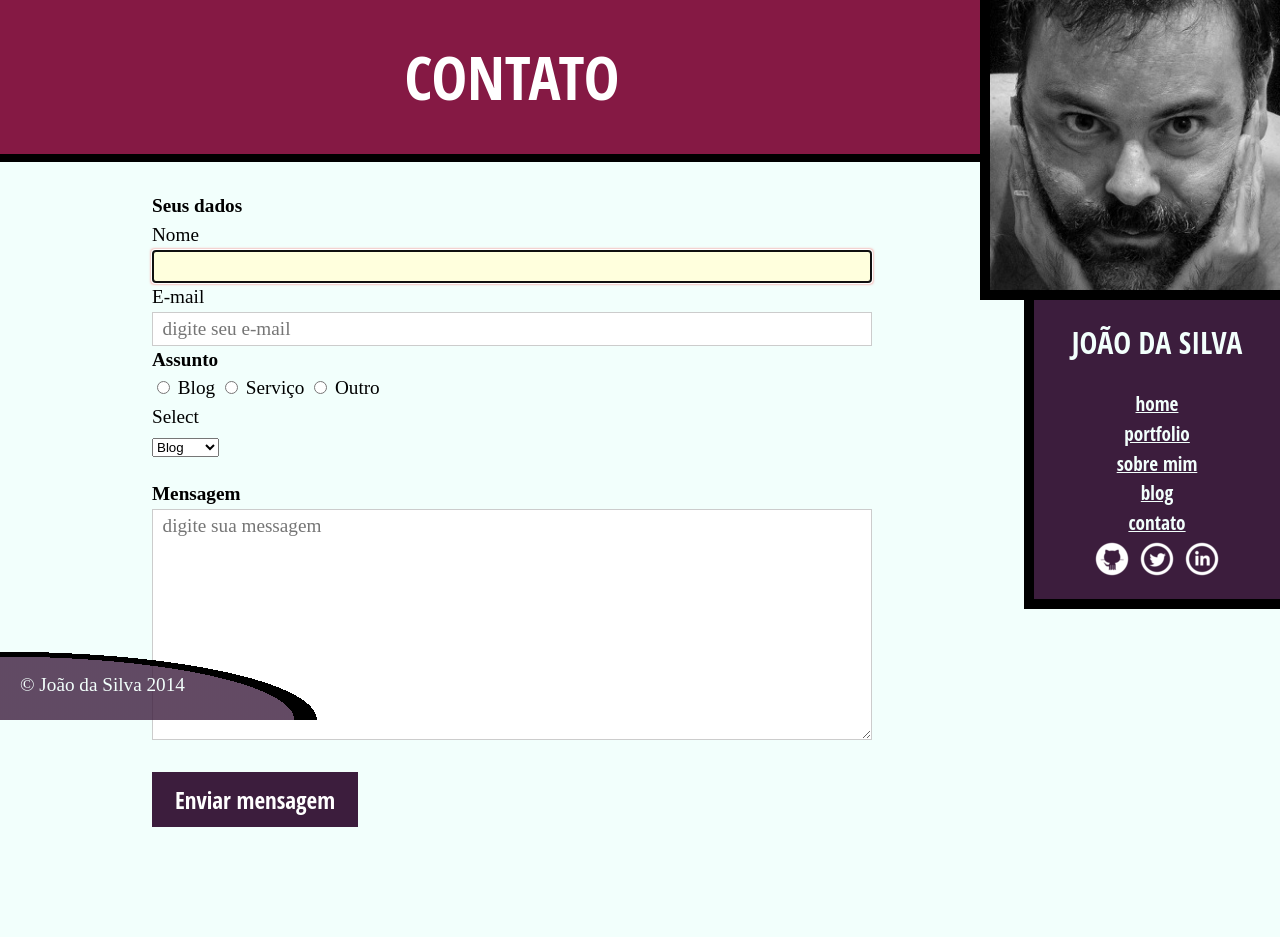
Repository: MichelMiola/html5Css3Avancado
Page: projeto/contato.html
The author's editor kept a copy of each file at every save. The page is drawn from the files as they stood at one save, then again after the next save.
The browser window is 1280 px wide. The pictures show the whole page.
Some web fonts or font styles are not loaded; a fallback is used.

Above is the page before, as saved 2015-03-25 15:06:17.

### projeto/contato.html
<!DOCTYPE html>
<html>
<head>
<meta charset="utf-8">
<title>João da Silva - Contato</title>
<link rel="icon" href="imagens/favicon.png">
<link rel="stylesheet" href="css/reset.css">
<link rel="stylesheet" href="css/site.css">
<link rel="stylesheet" href="css/contato.css">
<link rel="stylesheet"href="http://fonts.googleapis.com/css?family=Crimson+Text:400,400italic,600">
<link rel="stylesheet" href="http://fonts.googleapis.com/css?family=Open+Sans+Condensed:700">
</head>
<body>
	<main>
	<h1 class="titulo-principal">Contato</h1>
	<div class="container">
		<form>
			<fieldset>
				<legend>Seus dados</legend>
				<label for="nome">Nome</label>
				<input id="nome" type="text" name="nome" required autofocus pattern="[A-Za-z ']{4,}" title="O nome precisa ter pelo menos 4 caracteres">
				<label for="email">E-mail</label>
				<input type="email" placeholder="digite seu e-mail" id="email">
			</fieldset>
			<fieldset>
				<legend>Assunto</legend>
				<label> <input type="radio" name="assunto" value="Blog">
					Blog
				</label> <label> <input type="radio" name="assunto" value="Serviço">
					Serviço
				</label>
				<fieldset>
					<input type="radio" name="assunto" value="Outro" id="outro">
					<label for="outro"> Outro </label> <input type="text"
						name="outro-assunto">
				</fieldset>
				<label for="assunto">Select</label>
				<select name="assunto" id="assunto">
					<option value="blog">Blog</option>
					<option value="servico">Serviço</option>
					<option value="outro">Outro</option>
				</select>
			</fieldset>
			<label for="mensagem">Mensagem</label>
			<textarea name="msg" id="mensagem" cols="60" rows="10"
				placeholder="digite sua messagem"></textarea>
			<fieldset>
				<button type="submit">Enviar mensagem</button>
			</fieldset>
		</form>
	</div>
	</main>
	<img src="imagens/eu.jpg" alt="Minha foto" class="minha-foto">
	<aside class="navegacao-site">
		<h1>João da Silva</h1>
		<nav>
			<ul>
				<li><a href="index.html">Home</a></li>
				<li><a href="portfolio.html">Portfolio</a></li>
				<li><a href="bio.html">Sobre mim</a></li>
				<li><a href="blog.html">Blog</a></li>
				<li><a href="contato.html">Contato</a></li>
			</ul>
		</nav>
		<ul class="icones-redes-sociais">
			<li><a href="https://github.com/joaodasilva" class="github"
				data-tooltip="Veja meus projetos opensource"> Github </a></li>
			<li><a href="https://twitter.com/joaodasilva" class="twitter"
				data-tooltip="Siga-me no Twitter"> Twitter </a></li>
			<li><a href="https://br.linkedin.com/pub/joão-da-silva/32/4/508"
				class="linkedin" data-tooltip="Veja meu currículo"> LinkedIn </a></li>
		</ul>
	</aside>
	<footer class="rodape-pagina"> &copy; João da Silva 2014 </footer>
</body>
</html>

### projeto/css/site.css
body {
	font-family: "Crimson Text", "Times New Roman", serif;
	background-color: #F2FFFC;
	font-size: 120%;
	line-height: 1.5;
}

h1, h2, .subtitulo-principal {
	font-family: "Open Sans Condensed", "Arial", sans-serif;
}

h1 {
	text-transform: uppercase;
	font-size: 60px;
}

.titulo-principal {
	text-align: center;
	background-color: #851944;
	color: #FFF;
	padding: 2rem;
	border-bottom: .5rem solid #000;
}

.subtitulo-texto {
	font-size: 30px;
	clear: both;
}

main a {
	color: #851944;
}

main p {
	text-align: justify;
	margin: 20px 0;
}

.navegacao-site {
	text-align: center;
	background-color: #3C1D3D;
	color: #F2FFFC;
	padding: 20px;
}

.navegacao-site a {
	color: inherit;
	font-family: "Open Sans Condensed", "Arial", sans-serif;
	text-transform: lowercase;
}

.navegacao-site h1 {
	font-size: 30px;
	margin-bottom: 25px;
}

.rodape-pagina {
	/* background-color: #000; */
	color: #F2FFFC;
	padding: 20px;
	clear: both;
	position: fixed;
	bottom: 0;
	left: 0;
	width: 100%;
	box-sizing: border-box;
	/* background-color: rgba(0, 0, 0, 0.3); */
	background-image: radial-gradient(ellipse at left bottom, rgba(60, 29, 61, 0.8),
		rgba(60, 29, 61, 0.8) 65%, black 65%, black 70%, transparent 70%,
		transparent);
	background-size: 25% 100%;
	background-repeat: no-repeat;
}

.container {
	width: 720px;
	margin-left: auto;
	margin-right: auto;
	padding: 30px 0;
}

strong {
	font-weight: bold;
}

em {
	font-style: italic;
}

.icones-redes-sociais li {
	display: inline-block;
}

.icones-redes-sociais a {
	width: 40px;
	height: 40px;
	display: block;
	text-indent: -99999px;
}

.github {
	background-image: url(../imagens/github.png);
}

.twitter {
	background-image: url(../imagens/twitter.png);
}

.linkedin {
	background-image: url(../imagens/linkedin.png);
}

main {
	width: 80%;
	float: left;
	padding-bottom: 80px;
}

.minha-foto, .navegacao-site {
	border-left: 10px solid black;
	border-bottom: 10px solid black;
	box-sizing: border-box;
}

.navegacao-site {
	width: 20%;
	float: right;
	position: relative;
	top: 300px;
}

.minha-foto {
	position: absolute;
	top: 0;
	right: 0;
	height: 300px;
}

.leia-mais {
	padding: .5em;
	margin: 1em;
	display: block;
	font-size: 1.25em;
	text-align: center;
	background-color: #E6E7E8;
}

.citacao-bio {
	background-color: #D9E5E3;
	border: .5em solid #C2CCCA;
	padding: 1em;
	margin: 1em 2em;
	width: 30ch;
	box-sizing: border-box;
}

main a:hover,
main a:focus,
footer a:hover,
footer a:focus {
  color: red;
}

.navegacao-site a:hover,
.navegacao-site a:focus {
  text-shadow: 0 0 2px pink;
}

.icones-redes-sociais a:hover::after,
.icones-redes-sociais a:focus::after {
  content: attr(data-tooltip);
}

.icones-redes-sociais a {
  position: relative;
}
.icones-redes-sociais a:hover::after,
.icones-redes-sociais a:focus::after {
  content: attr(data-tooltip);
  position: absolute;
  top: 100%;
  right: 0;
  text-indent: 0;
}

.icones-redes-sociais a {
  position: relative;
}
.icones-redes-sociais a:hover::after,
.icones-redes-sociais a:focus::after {
  content: attr(data-tooltip);
  position: absolute;
  top: 100%;
  right: 0;
  text-indent: 0;
  width: 300%;
}

.icones-redes-sociais a {
  position: relative;
}

.icones-redes-sociais a:hover::before,
.icones-redes-sociais a:focus::before {
  content: '';
}

.icones-redes-sociais a:hover::before,
.icones-redes-sociais a:focus::before {
  content: '';
  width: 1em;
  height: 1em;
  background-color: black;
}

.icones-redes-sociais a:hover::before,
.icones-redes-sociais a:focus::before {
  content: '';
  width: 1em;
  height: 1em;
  background-color: black;
  position: absolute;
  bottom: 0;
  left: 0;
}

.icones-redes-sociais a:hover::before,
.icones-redes-sociais a:focus::before {
    content: '';
    width: 1em;
    height: 1em;
    background-color: black;
    position: absolute;
    bottom: 0;
    left: 0;
    transform: translateY(.5em) rotate(45deg);
}

.icones-redes-sociais a:hover::after,
.icones-redes-sociais a:focus::after {
  content: attr(data-tooltip);
  position: absolute;
  top: 100%;
  right: 0;
  text-indent: 0;
  width: 300%;
  background: black;
  font-size: .75em;
}

### projeto/css/contato.css
/* Podemos usar um seletor de atributo para selecionar
   apenas a legenda desse campo e não dos outros */
legend,
label[for="mensagem"] {
  font-weight: bold;
  margin-top: 1em;
}

/* As tags <label> que têm o atributo "for" são
   os rótulos dos campos sem ser os assuntos */
label[for] {
  display: block;
}

/* Selecionamos apenas os campos de texto */
input[type="text"],
input[type="email"],
textarea {
  /* Força o navegador a usar a mesma fonte da página */
  font-family: inherit;
  /* Inclusive o tamanho dela */
  font-size: 100%;
  padding: .25em .5em;
  width: 100%;
  box-sizing: border-box;
  border: 1px solid #ccc;
}
/* alguns ajustes para o campo "Outro": deixar ele na mesma linha dos outros assuntos */
fieldset > fieldset {
  display: inline;
}
/* deixar o rótulo dele inline de novo */
label[for="outro"] {
  display: inline;
}
/* deixar só esse campo sem ocupar a tela toda */
input[name="outro-assunto"] {
  width: auto;
}

input:focus,
textarea:focus {
  background-color: #FFD;
}

input:invalid {
  box-shadow: 0 0 3px red;
}

button {
  /* Precisamos tirar a borda que o navegador coloca por padrão */
  border: 0;
  padding: .5em 1em;
  font-family: "Open Sans Condensed", sans-serif;
  background-color: #3C1D3D;
  color: white;
  font-size: 1.2em;
  /* Faz com que o botão apareça na direita */
  margin-left: auto;
  margin-top: 1em;
}

button:focus,
button:focus {
  background-color: #8C1D3D;
}

input[value="Outro"] ~ input {
  display: none;
}

input[value="Outro"]:checked ~ input {
  display: inline;
}

Loaded but not shown: projeto/css/reset.css (common file)

After the next save:
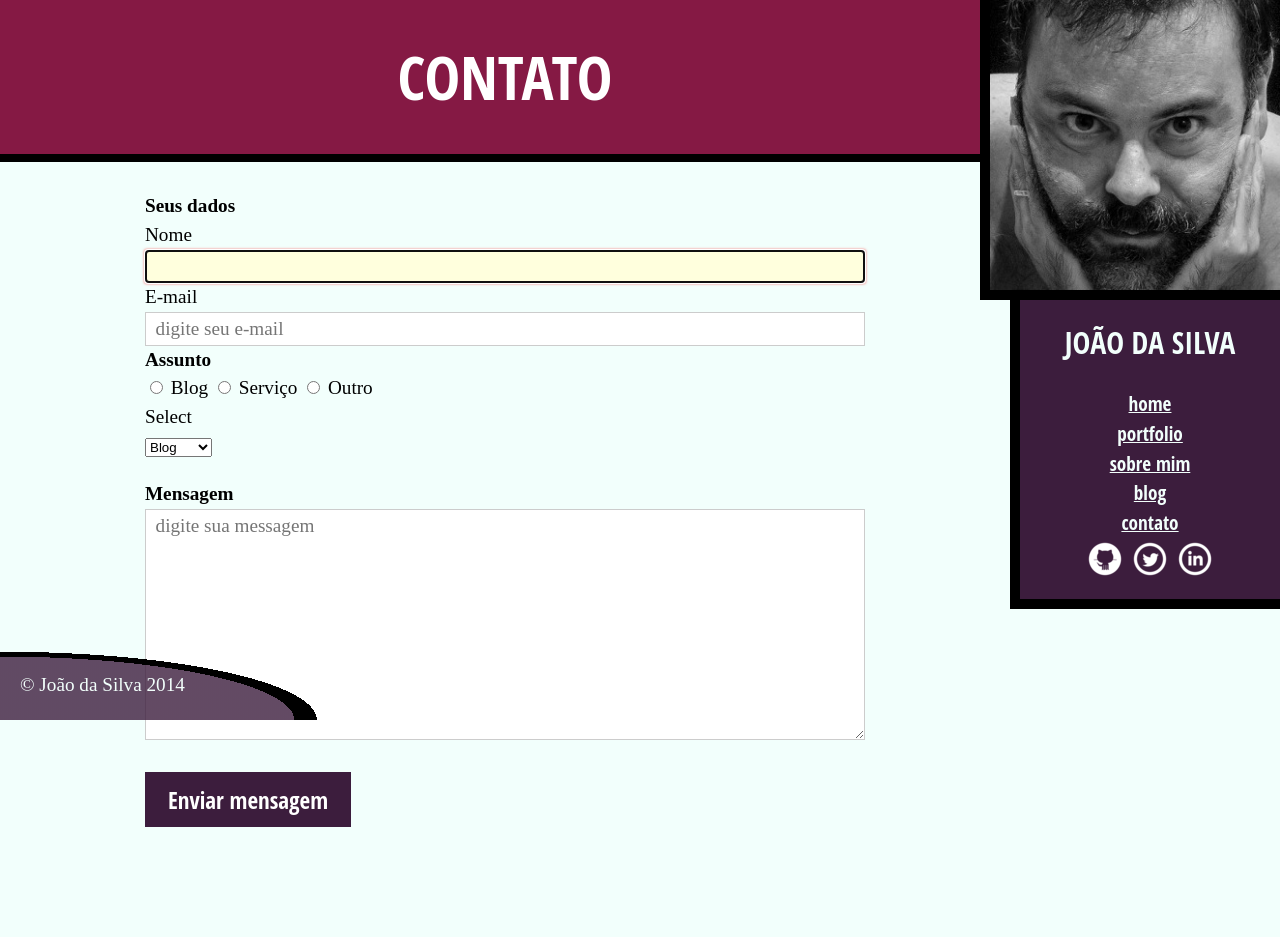
Saved 4 min 48 s later.
--- a/projeto/css/site.css
+++ b/projeto/css/site.css
@@ -114,6 +114,7 @@ main {
 	width: 80%;
 	float: left;
 	padding-bottom: 80px;
+	width: calc(100% - 0.9 * 300px);
 }
 
 .minha-foto, .navegacao-site {
@@ -127,6 +128,7 @@ main {
 	float: right;
 	position: relative;
 	top: 300px;
+	width: calc(0.9 * 300px);
 }
 
 .minha-foto {
